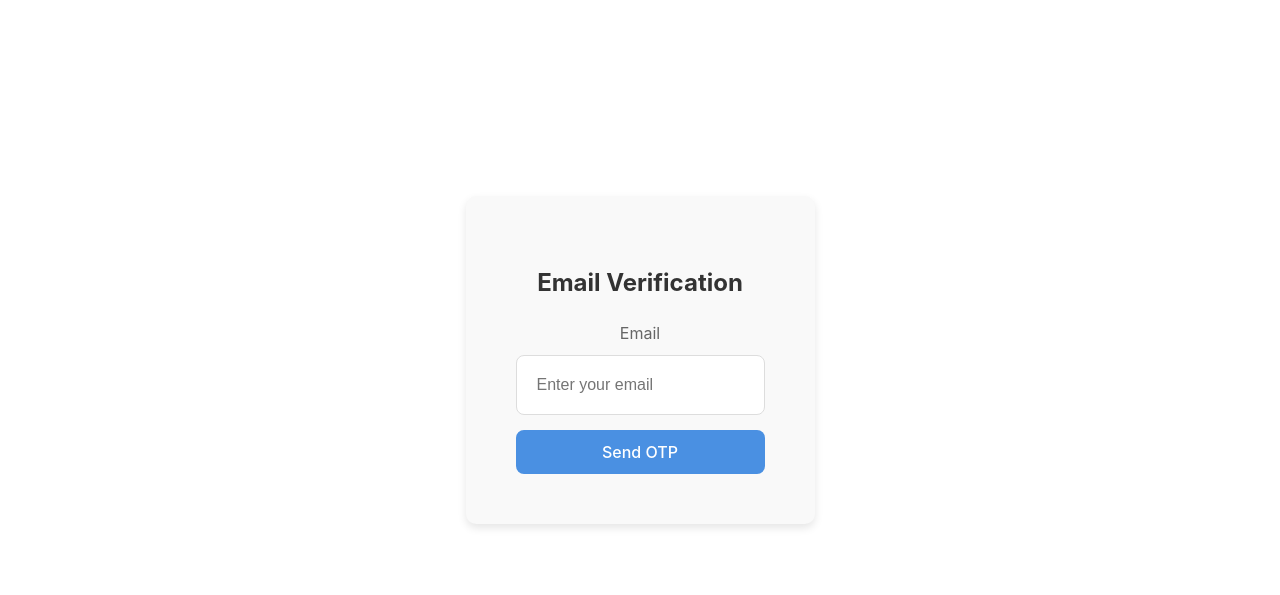
Repository: sarathraj2002/MockTest
Page: / (app in Frontend/)
These files come from the project's save history. The page is drawn as it stood at one moment and after a run of saves; the edit follows.
The browser window is 1280 px wide. The pictures show the whole page.
The project was rebuilt for these pictures with package versions that can differ from the ones it lists, and the page was loaded fresh each time. Also part of the build but not shown: Frontend/vite.config.js, Frontend/src/components/Home.jsx, Frontend/src/components/Mail.jsx.

Above is the page before, as saved 2024-11-13 17:00:09.

### Frontend/index.html
<!doctype html>
<html lang="en">
  <head>
    <meta charset="UTF-8" />
    <link rel="icon" type="image/svg+xml" href="/vite.svg" />
    <meta name="viewport" content="width=device-width, initial-scale=1.0" />
    <title>MockTest</title>
  </head>
  <body>
    <div id="root"></div>
    <script type="module" src="/src/main.jsx"></script>
  </body>
</html>

### Frontend/src/main.jsx
import { StrictMode } from 'react'
import { createRoot } from 'react-dom/client'
import App from './App.jsx'
import './index.css'
import { BrowserRouter } from 'react-router-dom'


createRoot(document.getElementById('root')).render(
  <StrictMode>
     <BrowserRouter>
    <App />
    </BrowserRouter>
  </StrictMode>,
)

### Frontend/src/App.jsx
import { useState } from 'react'
import './App.css'
import Otp from './components/Otp'
import { Home } from './components/Home'
import { Route,Routes,useNavigate } from 'react-router-dom'
import Mail from './components/Mail'

function App() {
  const [email, setEmail] = useState('');
  const navigate = useNavigate();
  const handleEmailSubmit=(email)=>{
    setEmail(email);
    navigate('/check');
  }


  return (
    <>
    <Routes>
      <Route path='/' element={<Otp onEmailSubmit={handleEmailSubmit}/>}></Route>
      <Route path='/check' element={<Mail/>}></Route>
      <Route path='/home' element={<Home/>}></Route>
    </Routes>
    </>
  )
}

export default App

### Frontend/src/components/Otp.jsx
import React, { useState } from 'react';
import axios from 'axios';

function Email({ onEmailSubmit }) {
  const [email, setEmail] = useState('');
  const [otp, setOtp] = useState('');
  const [errorMessage, setErrorMessage] = useState('');
  const [otpSent, setOtpSent] = useState(false);


  const handleEmailSubmit = async (e) => {
    e.preventDefault();
    setErrorMessage('');
    try {

      const response = await axios.post('http://localhost:5000/api/send-otp', { email });
      const data = response.data;

      console.log(data);

      if (data.success) {
        setOtpSent(true);
        onEmailSubmit(email);
      } else {
        setErrorMessage('Error sending OTP. Please try again.');
      }
    } catch (error) {
      setErrorMessage('An error occurred while sending OTP.');
      console.error('Error:', error);
    }
  };


  const handleOtpSubmit = async (e) => {
    e.preventDefault();
    setErrorMessage('');
    try {
      const response = await axios.post('http://localhost:5000/api/verify-otp', { otp });
      const data = response.data;

      if (data.valid) {
        alert('OTP validated successfully!');
      } else {
        setErrorMessage(data.message || 'Invalid OTP. Please try again.');
      }
    } catch (error) {
      setErrorMessage('An error occurred while validating OTP.');
      console.error('Error:', error);
    }
  };

  return (
   <div
  style={{
    maxWidth: '700px',
    margin: 'auto',
    padding: '50px',
    textAlign: 'center',
    backgroundColor: '#f9f9f9',
    boxShadow: '0 4px 8px rgba(0, 0, 0, 0.1)',
    borderRadius: '10px',
  }}
>
  <h2 style={{ color: '#333', marginBottom: '20px' }}>Email Verification</h2>
  {!otpSent ? (
    <form onSubmit={handleEmailSubmit} style={{ display: 'flex', flexDirection: 'column' }}>
      <label htmlFor="email" style={{ marginBottom: '10px', color: '#666' }}>Email</label>
      <input
        id="email"
        type="email"
        value={email}
        onChange={(e) => setEmail(e.target.value)}
        required
        placeholder="Enter your email"
        style={{
          padding: '20px',
          marginBottom: '15px',
          borderRadius: '8px',
          border: '1px solid #ddd',
          fontSize: '16px',
        }}
      />
      <button
        type="submit"
        style={{
          padding: '12px 20px',
          backgroundColor: '#4a90e2',
          color: 'white',
          border: 'none',
          borderRadius: '8px',
          cursor: 'pointer',
          transition: 'background-color 0.3s',
        }}
        onMouseEnter={(e) => (e.target.style.backgroundColor = '#357ABD')}
        onMouseLeave={(e) => (e.target.style.backgroundColor = '#4a90e2')}
      >
        Send OTP
      </button>
      {errorMessage && (
        <p style={{ color: 'red', marginTop: '15px' }}>
          {errorMessage}
        </p>
      )}
    </form>
  ) : (
    <form onSubmit={handleOtpSubmit} style={{ display: 'flex', flexDirection: 'column' }}>
      <label htmlFor="otp" style={{ marginBottom: '10px', color: '#666' }}>Enter OTP</label>
      <input
        id="otp"
        type="text"
        value={otp}
        onChange={(e) => setOtp(e.target.value)}
        required
        placeholder="Enter OTP"
        style={{
          padding: '12px',
          marginBottom: '15px',
          borderRadius: '8px',
          border: '1px solid #ddd',
          fontSize: '16px',
        }}
      />
      <button
        type="submit"
        style={{
          padding: '12px 20px',
          backgroundColor: '#5cb85c',
          color: 'white',
          border: 'none',
          borderRadius: '8px',
          cursor: 'pointer',
          transition: 'background-color 0.3s',
        }}
        onMouseEnter={(e) => (e.target.style.backgroundColor = '#4CAE4C')}
        onMouseLeave={(e) => (e.target.style.backgroundColor = '#5cb85c')}
      >
        Validate OTP
      </button>
      {errorMessage && (
        <p style={{ color: 'red', marginTop: '15px' }}>
          {errorMessage}
        </p>
      )}
    </form>
  )}
</div>
)}
export default Email;

Loaded but not shown: Frontend/src/index.css (common file); Frontend/src/App.css (common file)

After the next 2 saves:
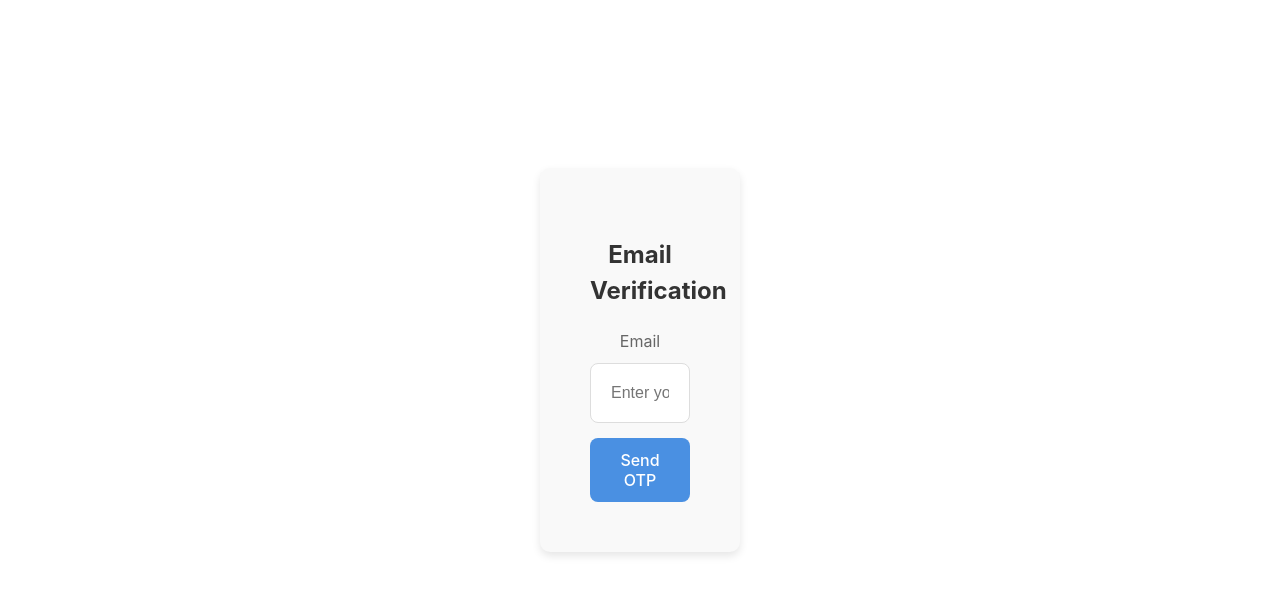
The 2 saves are shown as one change because they came seconds apart.
The last was saved 10 s later.
--- a/Frontend/src/components/Otp.jsx
+++ b/Frontend/src/components/Otp.jsx
@@ -52,7 +52,7 @@
   return (
    <div
   style={{
-    maxWidth: '700px',
+    maxWidth: '100px',
     margin: 'auto',
     padding: '50px',
     textAlign: 'center',

After the save that followed:
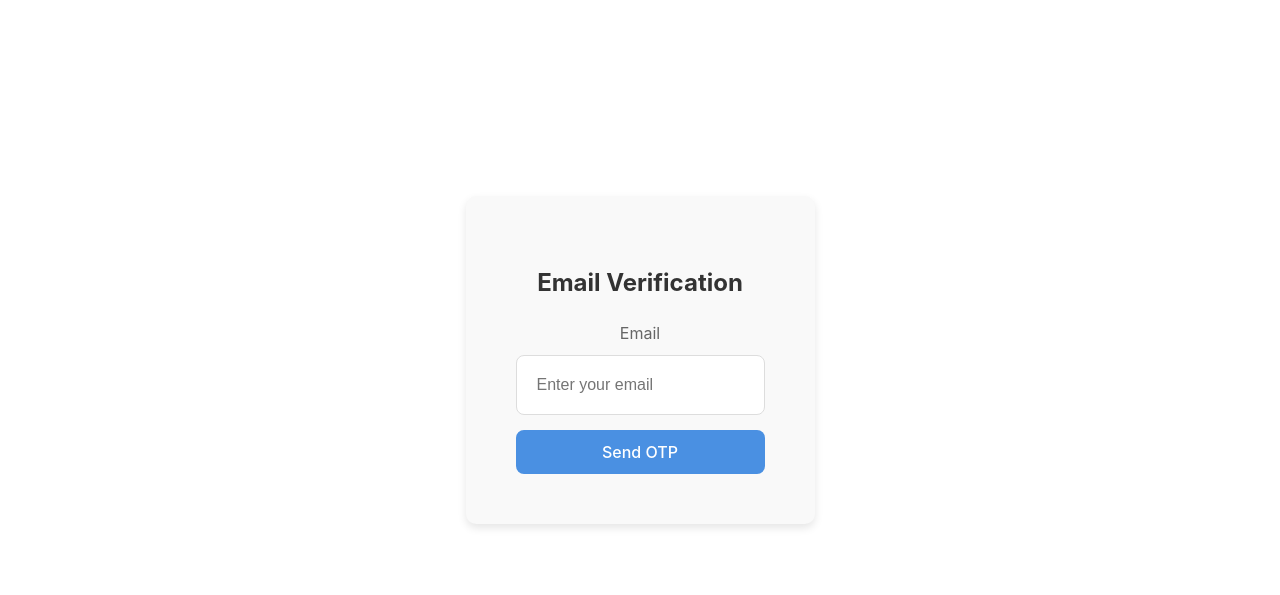
Saved 7 s later.
--- a/Frontend/src/components/Otp.jsx
+++ b/Frontend/src/components/Otp.jsx
@@ -52,7 +52,7 @@
   return (
    <div
   style={{
-    maxWidth: '100px',
+    maxWidth: '800px',
     margin: 'auto',
     padding: '50px',
     textAlign: 'center',
